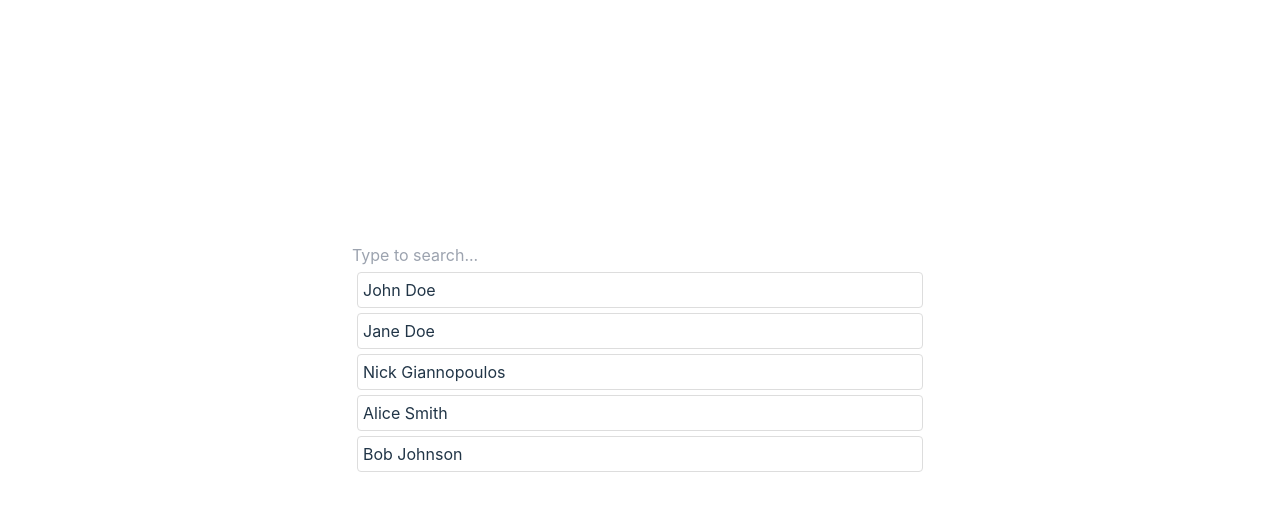
Repository: Ayansaxena24/Chip
Page: /
An editor plug-in stored every save of this project. The page is shown before and after a run of saves, followed by the edit.
The browser window is 1280 px wide. The pictures show the whole page.
Some web libraries are served in a nearby version. The project was rebuilt for these pictures with package versions that can differ from the ones it lists, and the page was loaded fresh each time. Also part of the build but not shown: vite.config.ts.

Above is the page before, as saved 2024-01-16 03:15:07.

After the next 2 saves:
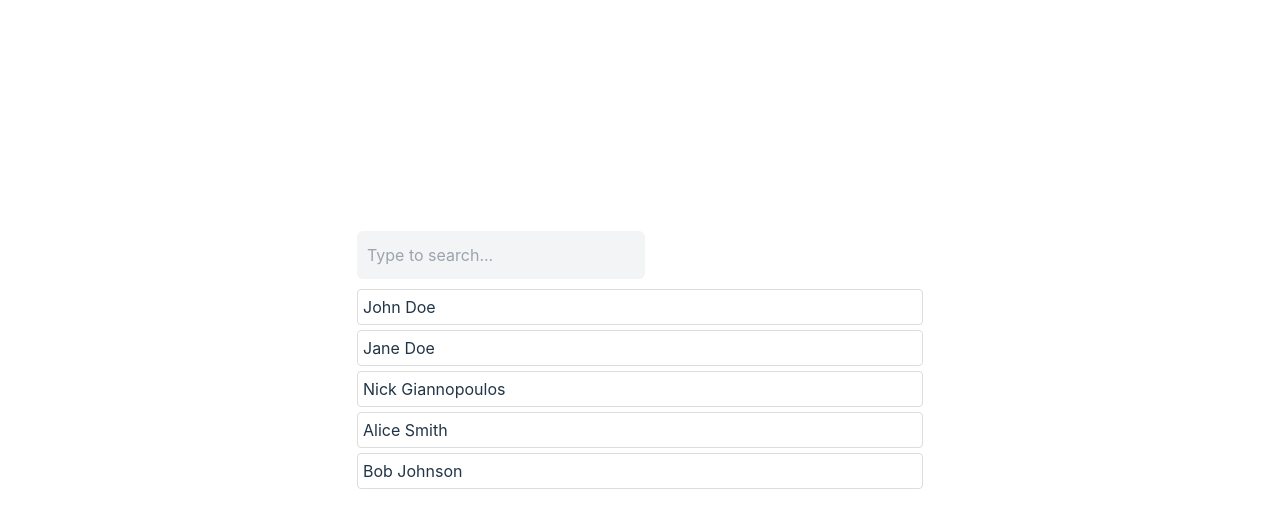
The 2 saves are shown as one change because they came seconds apart.
The last was saved 8 min 9 s later.
--- a/src/ChipInput.tsx
+++ b/src/ChipInput.tsx
@@ -92,6 +92,7 @@
             onChange={handleInputChange}
             onKeyDown={handleInputKeyDown}
             placeholder="Type to search..."
+            className="bg-gray-100 rounded-md m-[5px] pr-[30px] pl-[10px] py-[12px]"
           />
         </div>
         <ul className="item-list">

After the save that followed:
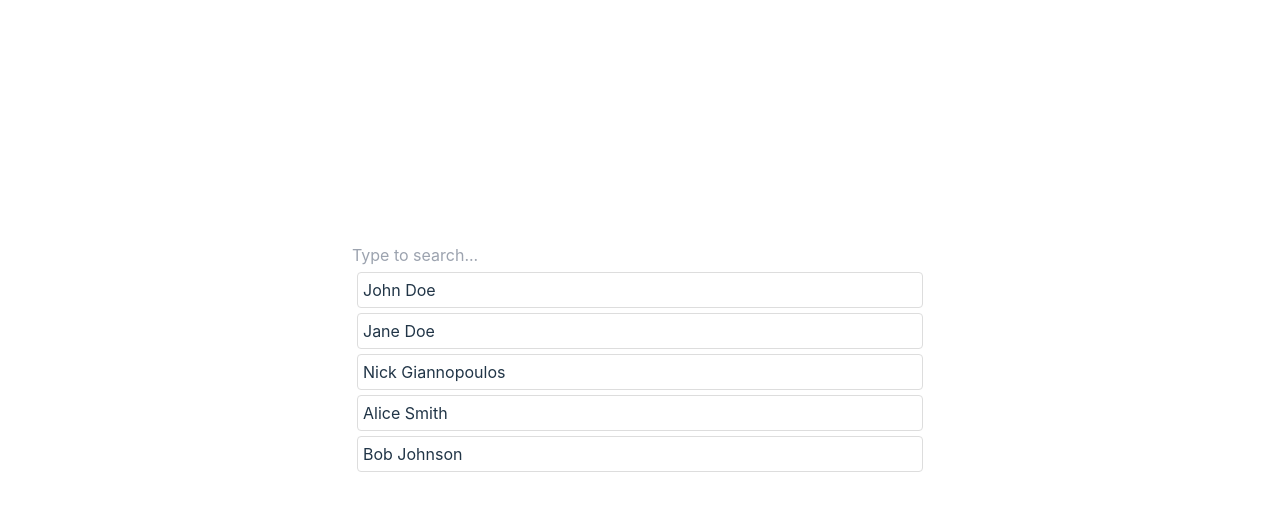
Saved 15 s later.
--- a/src/ChipInput.tsx
+++ b/src/ChipInput.tsx
@@ -92,7 +92,7 @@
             onChange={handleInputChange}
             onKeyDown={handleInputKeyDown}
             placeholder="Type to search..."
-            className="bg-gray-100 rounded-md m-[5px] pr-[30px] pl-[10px] py-[12px]"
+            className=""
           />
         </div>
         <ul className="item-list">
